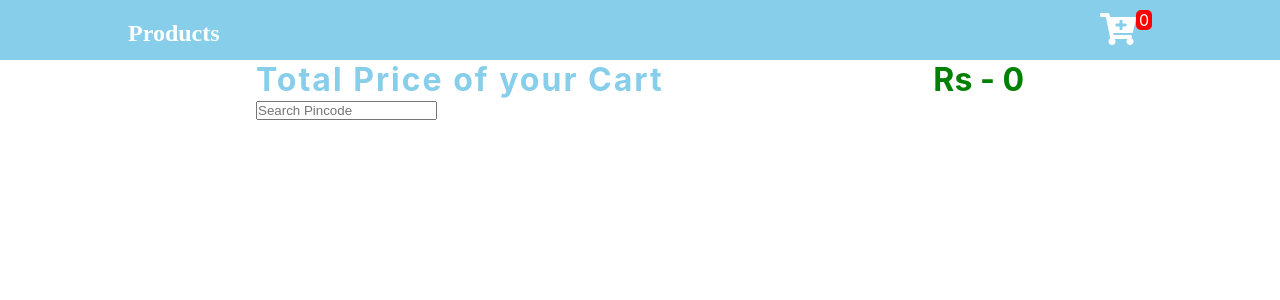
Repository: Imprasna/react-ecommerce
Page: /, after clicking the first element matching `div.cart`
An editor plug-in stored every save of this project. The page is shown before and after a run of saves, followed by the edit.
The browser window is 1280 px wide. The pictures show the whole page.
Some web libraries are served in a nearby version. The project was rebuilt for these pictures with package versions that can differ from the ones it lists, and the page was loaded fresh each time.

Above is the page before, as saved 2022-06-14 05:59:09.

After the next 15 saves:
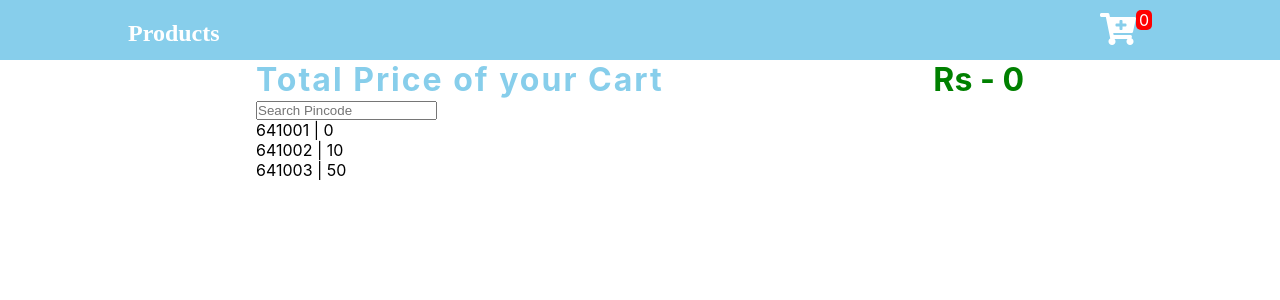
The 15 saves are shown as one change because 2 did not build or start and some came seconds apart.
The last was saved 41 s later.
--- a/src/components/Cart.js
+++ b/src/components/Cart.js
@@ -61,7 +61,9 @@ const Cart = ({ cart, setCart, handleChange }) => {
       <div>
         {Pincode.filter((value) =>
         {
-
+          if (searchTerm == "") {
+            return value;
+          }
         })
           .map((pin) =>
             (
